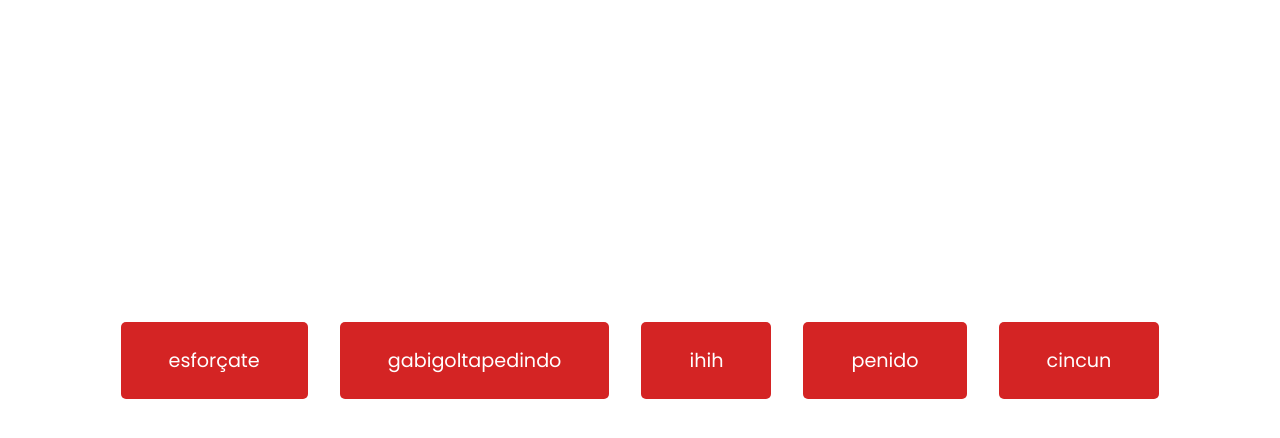
Repository: Williamlmachado/SoundBoard
Page: index.html
An editor plug-in stored every save of this project. The page is shown before and after the next save, followed by the edit.
The browser window is 1280 px wide. The pictures show the whole page.

Above is the page before, as saved 2021-08-18 09:47:11.

After the next save:
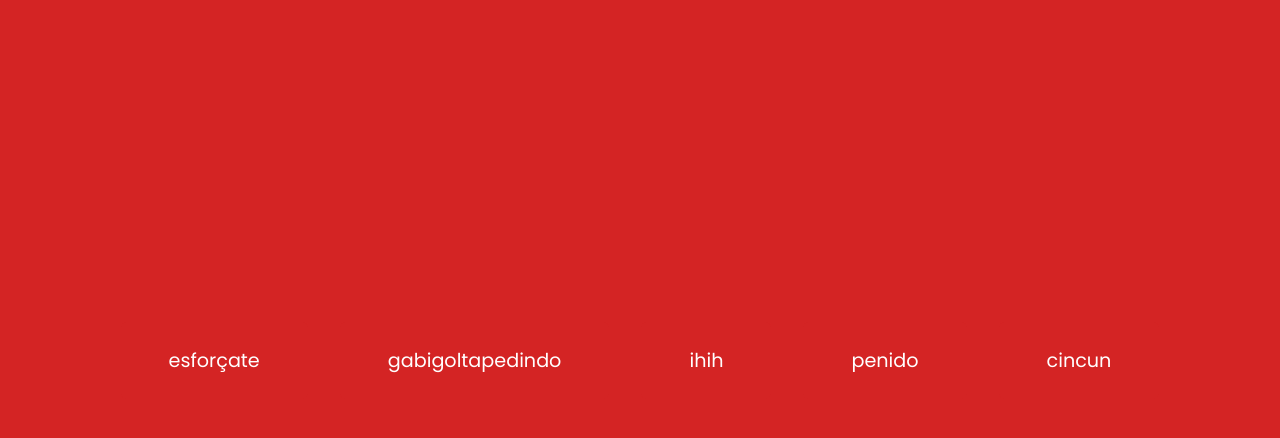
Saved 24 s later.
--- a/style.css
+++ b/style.css
@@ -5,7 +5,7 @@
 }
 
 body {
-  background-color: url('flamengo-v-river-plate-copa-conmebol-libertadores-2019-5dd9bc78727cd99309000001.webp') rgb(212, 36, 36);
+  background-color: rgb(212, 36, 36);
   font-family: 'Poppins', sans-serif;
   display: flex;
   flex-wrap: wrap;
